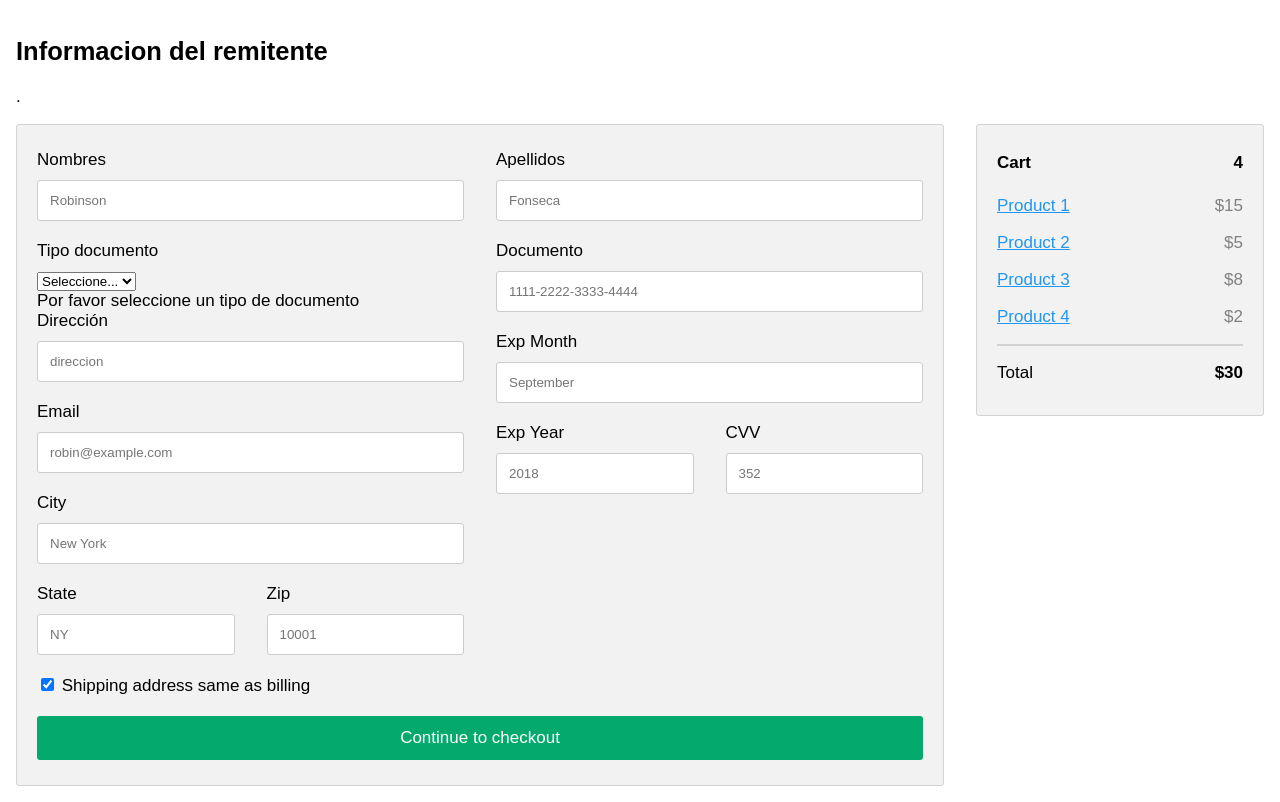
Repository: SennovaFluvial/Trasnfluvial
Page: appFluvial/templates/card1.html
The author's editor kept a copy of each file at every save. The page is drawn from the files as they stood at one save, then again after the next save.
The browser window is 1280 px wide. The pictures show the whole page.
The template is drawn by Django 3.2. The application's start-up code is not run. Other server files are loaded and not shown. The template is opened directly, without the code that normally fills it, so the values that code supplies are empty.

Above is the page before, as saved 2023-10-13 17:16:24.

### appFluvial/templates/card1.html
<!DOCTYPE html>
<html>
<head>
<meta name="viewport" content="width=device-width, initial-scale=1">
<!--link rel="stylesheet" href="https://cdnjs.cloudflare.com/ajax/libs/font-awesome/4.7.0/css/font-awesome.min.css"-->
<style>
body {
  font-family: Arial;
  font-size: 17px;
  padding: 8px;
}

* {
  box-sizing: border-box;
}

.row {
  display: -ms-flexbox; /* IE10 */
  display: flex;
  -ms-flex-wrap: wrap; /* IE10 */
  flex-wrap: wrap;
  margin: 0 -16px;
}

.col-25 {
  -ms-flex: 25%; /* IE10 */
  flex: 25%;
}

.col-50 {
  -ms-flex: 50%; /* IE10 */
  flex: 50%;
}

.col-75 {
  -ms-flex: 75%; /* IE10 */
  flex: 75%;
}

.col-25,
.col-50,
.col-75 {
  padding: 0 16px;
}

.container {
  background-color: #f2f2f2;
  padding: 5px 20px 15px 20px;
  border: 1px solid lightgrey;
  border-radius: 3px;
}

input[type=text] {
  width: 100%;
  margin-bottom: 20px;
  padding: 12px;
  border: 1px solid #ccc;
  border-radius: 3px;
}

label {
  margin-bottom: 10px;
  display: block;
}

.icon-container {
  margin-bottom: 20px;
  padding: 7px 0;
  font-size: 24px;
}

.btn {
  background-color: #04AA6D;
  color: white;
  padding: 12px;
  margin: 10px 0;
  border: none;
  width: 100%;
  border-radius: 3px;
  cursor: pointer;
  font-size: 17px;
}

.btn:hover {
  background-color: #45a049;
}

a {
  color: #2196F3;
}

hr {
  border: 1px solid lightgrey;
}

span.price {
  float: right;
  color: grey;
}

/* Responsive layout - when the screen is less than 800px wide, make the two columns stack on top of each other instead of next to each other (also change the direction - make the "cart" column go on top) */
@media (max-width: 800px) {
  .row {
    flex-direction: column-reverse;
  }
  .col-25 {
    margin-bottom: 20px;
  }
}
</style>
</head>
<body>

<h2>Informacion del remitente</h2>
<p>.</p>
<div class="row">
  <div class="col-75">
    <div class="container">
      <form action="/action_page.php">

        <div class="row">
          <div class="col-50">
            <h3>  </h3>
            <label for="fname"><i class="fa fa-user"></i> Nombres</label>
            <input type="text" id="fname" name="firstname" placeholder="Robinson">
            <div class="col-md-5 mb-3">
                <label for="tipodocumento">Tipo documento</label>
                <select class="custom-select d-block w-100" id="tipodocumento" required="">
                  <option value="">Seleccione...</option>
                  <option>CC</option>
                  <option>CE</option>
                  <option>Pasaporte</option>
                </select>
                <div class="invalid-feedback">
                  Por favor seleccione un tipo de documento
                </div>
              </div>
            <label for="adr"><i class="fa fa-address-card-o"></i> Dirección</label>
            <input type="text" id="adr" name="address" placeholder="direccion">
            <label for="email"><i class="fa fa-envelope"></i> Email</label>
            <input type="text" id="email" name="email" placeholder="robin@example.com">
            <label for="city"><i class="fa fa-institution"></i> City</label>
            <input type="text" id="city" name="city" placeholder="New York">

            <div class="row">
              <div class="col-50">
                <label for="state">State</label>
                <input type="text" id="state" name="state" placeholder="NY">
              </div>
              <div class="col-50">
                <label for="zip">Zip</label>
                <input type="text" id="zip" name="zip" placeholder="10001">
              </div>
            </div>
          </div>

          <div class="col-50">
            <h3>  </h3>
            <label for="cname">Apellidos</label>
            <input type="text" id="cname" name="cardname" placeholder="Fonseca">
            <label for="ccnum">Documento</label>
            <input type="text" id="ccnum" name="cardnumber" placeholder="1111-2222-3333-4444">
            <label for="expmonth">Exp Month</label>
            <input type="text" id="expmonth" name="expmonth" placeholder="September">
            <div class="row">
              <div class="col-50">
                <label for="expyear">Exp Year</label>
                <input type="text" id="expyear" name="expyear" placeholder="2018">
              </div>
              <div class="col-50">
                <label for="cvv">CVV</label>
                <input type="text" id="cvv" name="cvv" placeholder="352">
              </div>
            </div>
          </div>

        </div>
        <label>
          <input type="checkbox" checked="checked" name="sameadr"> Shipping address same as billing
        </label>
        <input type="submit" value="Continue to checkout" class="btn">
      </form>
    </div>
  </div>
  <div class="col-25">
    <div class="container">
      <h4>Cart <span class="price" style="color:black"><i class="fa fa-shopping-cart"></i> <b>4</b></span></h4>
      <p><a href="#">Product 1</a> <span class="price">$15</span></p>
      <p><a href="#">Product 2</a> <span class="price">$5</span></p>
      <p><a href="#">Product 3</a> <span class="price">$8</span></p>
      <p><a href="#">Product 4</a> <span class="price">$2</span></p>
      <hr>
      <p>Total <span class="price" style="color:black"><b>$30</b></span></p>
    </div>
  </div>
</div>

</body>
</html>

After the next save:
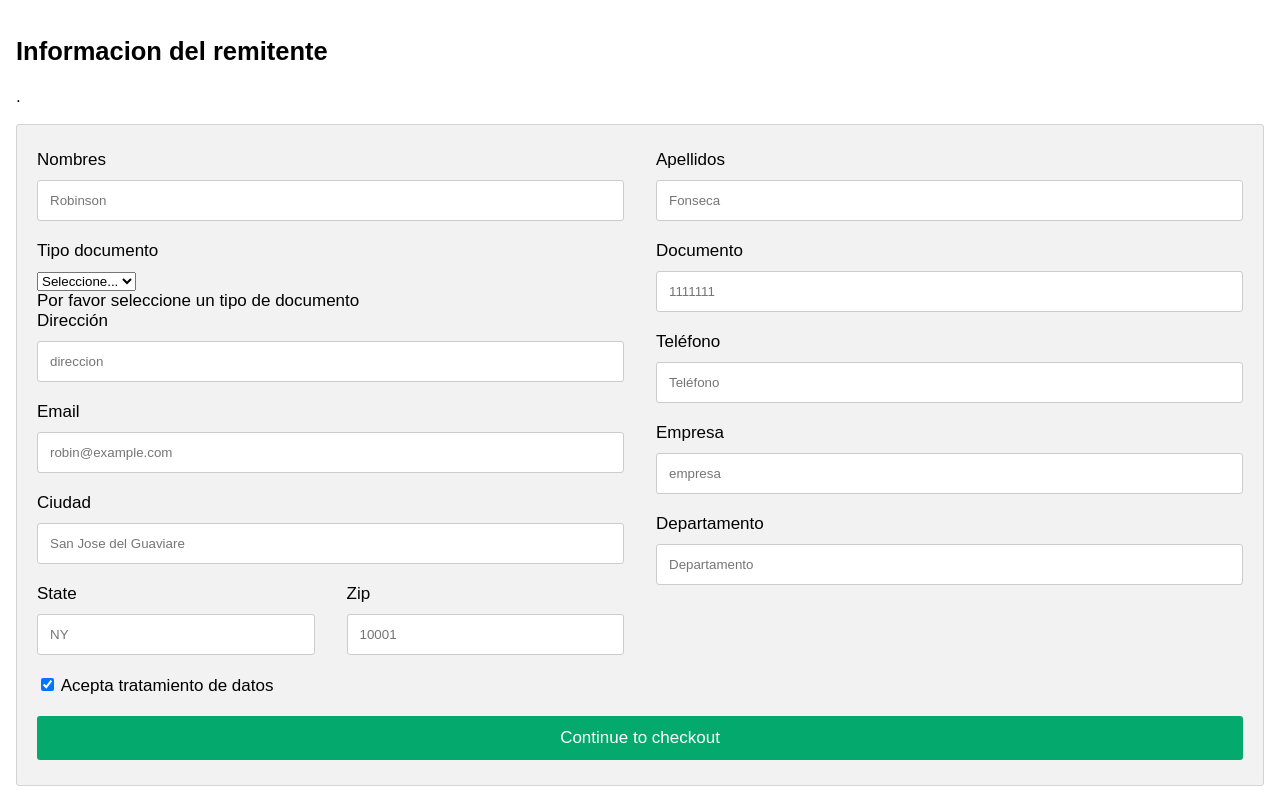
Saved 6 min 12 s later.
--- a/appFluvial/templates/card1.html
+++ b/appFluvial/templates/card1.html
@@ -139,8 +139,8 @@ span.price {
             <input type="text" id="adr" name="address" placeholder="direccion">
             <label for="email"><i class="fa fa-envelope"></i> Email</label>
             <input type="text" id="email" name="email" placeholder="robin@example.com">
-            <label for="city"><i class="fa fa-institution"></i> City</label>
-            <input type="text" id="city" name="city" placeholder="New York">
+            <label for="city"><i class="fa fa-institution"></i> Ciudad</label>
+            <input type="text" id="city" name="city" placeholder="San Jose del Guaviare">
 
             <div class="row">
               <div class="col-50">
@@ -156,13 +156,17 @@ span.price {
 
           <div class="col-50">
             <h3>  </h3>
-            <label for="cname">Apellidos</label>
-            <input type="text" id="cname" name="cardname" placeholder="Fonseca">
-            <label for="ccnum">Documento</label>
-            <input type="text" id="ccnum" name="cardnumber" placeholder="1111-2222-3333-4444">
-            <label for="expmonth">Exp Month</label>
-            <input type="text" id="expmonth" name="expmonth" placeholder="September">
-            <div class="row">
+            <label for="apellidos">Apellidos</label>
+            <input type="text" id="apellidos" name="apellidos" placeholder="Fonseca">
+            <label for="documento">Documento</label>
+            <input type="text" id="documento" name="documento" placeholder="1111111">
+            <label for="telefono">Teléfono</label>
+            <input type="text" id="telefono" name="telefono" placeholder="Teléfono">
+            <label for="empresa">Empresa</label>
+            <input type="text" id="empresa" name="empresa" placeholder="empresa">
+            <label for="dep">Departamento</label>
+            <input type="text" id="dep" name="departamento" placeholder="Departamento">
+            <!--div class="row">
               <div class="col-50">
                 <label for="expyear">Exp Year</label>
                 <input type="text" id="expyear" name="expyear" placeholder="2018">
@@ -171,18 +175,18 @@ span.price {
                 <label for="cvv">CVV</label>
                 <input type="text" id="cvv" name="cvv" placeholder="352">
               </div>
-            </div>
+            </div-->
           </div>
 
         </div>
         <label>
-          <input type="checkbox" checked="checked" name="sameadr"> Shipping address same as billing
+          <input type="checkbox" checked="checked" name="sameadr"> Acepta tratamiento de datos
         </label>
         <input type="submit" value="Continue to checkout" class="btn">
       </form>
     </div>
   </div>
-  <div class="col-25">
+  <!--div class="col-25">
     <div class="container">
       <h4>Cart <span class="price" style="color:black"><i class="fa fa-shopping-cart"></i> <b>4</b></span></h4>
       <p><a href="#">Product 1</a> <span class="price">$15</span></p>
@@ -192,7 +196,7 @@ span.price {
       <hr>
       <p>Total <span class="price" style="color:black"><b>$30</b></span></p>
     </div>
-  </div>
+  </div-->
 </div>
 
 </body>
